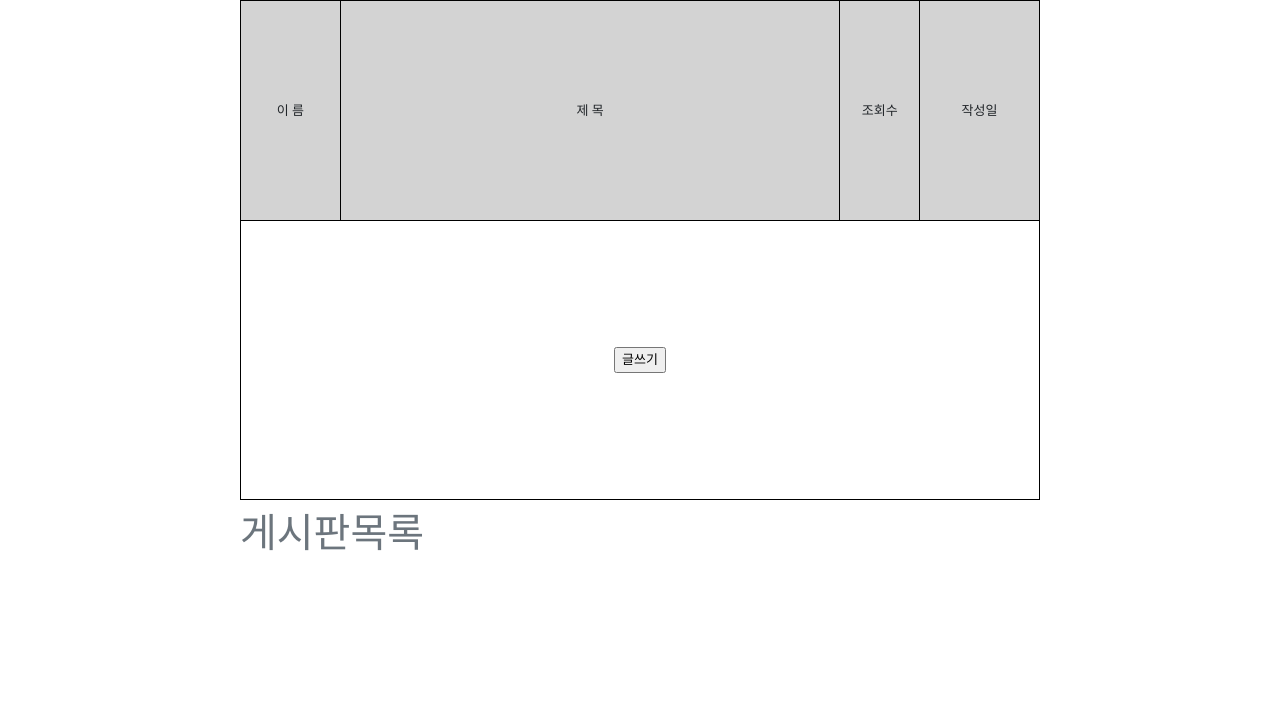
Repository: shbaksa/study
Page: http://localhost/mw_0617/test/list.jsp
These files come from the project's save history. The page is drawn as it stood at one moment and after the next save; the edit follows.
The browser window is 1280 px wide. The pictures show the whole page.
The page is served by Tomcat 9. Queries for data that is not in the repository find no rows.

Above is the page before, as saved 2022-06-17 06:23:52.

### mw_0617/src/main/webapp/test/list.jsp
<%@ page language="java" contentType="text/html; charset=UTF-8"
    pageEncoding="UTF-8"%>
<!DOCTYPE html>
<html>
<head>
<meta charset="UTF-8">
<meta name="viewport" content="width=device-width, initial-scale=1">
<title>Insert title here</title>
<link href="https://cdn.jsdelivr.net/npm/bootstrap@5.2.0-beta1/dist/css/bootstrap.min.css" rel="stylesheet" integrity="sha384-0evHe/X+R7YkIZDRvuzKMRqM+OrBnVFBL6DOitfPri4tjfHxaWutUpFmBp4vmVor" crossorigin="anonymous">
<%@ page import="java.sql.*" %>

	<%
		// DB연결
		Class.forName("com.mysql.jdbc.Driver");
  		String db="jdbc:mysql://localhost:3306/first";
  		Connection conn=DriverManager.getConnection(db,"root","1234");

		// 쿼리생성
		String sql = "select * from gesipan";
		PreparedStatement pstmt = conn.prepareStatement(sql);
		// 쿼리실행
		ResultSet rs = pstmt.executeQuery();


	%>
	<style>
	table {
		border : 1px solid black;
		font-size : 13px;
	}
	td {
		border-right : 1px solid black;
		border-top : 1px solid black;
	}
	td:last-child {
		border-right : none;
	}
	tr {
		border-top : 1px solid black;
		border-bottom : 1px solid black;
	}
	</style>
</head>
<body>

	<table width="800" height="500" align="center">
	<caption><h1>게시판목록</h1></caption>
	<tr align="center" style="background:lightgray;">
	<td style="border-top:none;" width="100">이 름</td>
	<td style="border-top:none;" width="500">제 목</td>
	<td style="border-top:none;" width="80">조회수</td>
	<td style="border-top:none;" width="120">작성일</td>
	</tr>
	<%while(rs.next()) { %>
	<tr>
	<td><%=rs.getString("name") %></td>
	<td onclick="location='readnum.jsp?id=<%=rs.getInt("id")%>'"><%=rs.getString("title") %></td>
	<td align="center"><%=rs.getString("readnum") %></td>
	<td align="center"><%=rs.getString("writeday") %></td>
	</tr>
	<% } %>
	<tr>
	<td colspan="4" align="center"><form method="post" action="write.jsp"> <input type="submit" value="글쓰기"> </form></td>
	</tr>

	</table>
<script src="https://cdn.jsdelivr.net/npm/bootstrap@5.2.0-beta1/dist/js/bootstrap.bundle.min.js" integrity="sha384-pprn3073KE6tl6bjs2QrFaJGz5/SUsLqktiwsUTF55Jfv3qYSDhgCecCxMW52nD2" crossorigin="anonymous"></script>
</body>
</html>


<%
pstmt.close();
conn.close();
%>

After the next save:
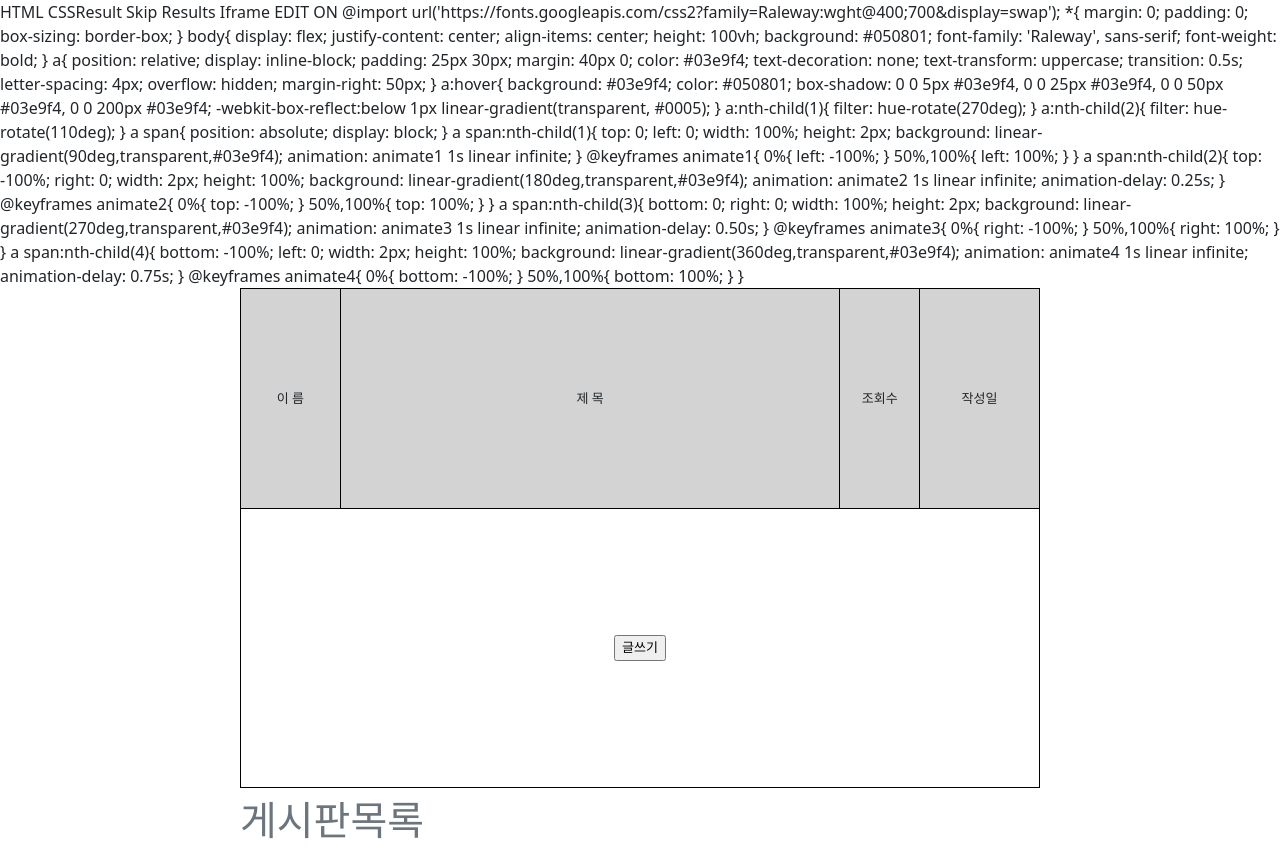
Saved 118 s later.
--- a/mw_0617/src/main/webapp/test/list.jsp
+++ b/mw_0617/src/main/webapp/test/list.jsp
@@ -6,6 +6,127 @@
 <meta charset="UTF-8">
 <meta name="viewport" content="width=device-width, initial-scale=1">
 <title>Insert title here</title>
+
+HTML CSSResult Skip Results Iframe
+EDIT ON
+@import url('https://fonts.googleapis.com/css2?family=Raleway:wght@400;700&display=swap');
+*{
+    margin: 0;
+    padding: 0;
+    box-sizing: border-box;
+}
+body{
+    display: flex;
+    justify-content: center;
+    align-items: center;
+    height: 100vh;
+    background: #050801;
+    font-family: 'Raleway', sans-serif;
+    font-weight: bold;
+}
+a{
+    position: relative;
+    display: inline-block;
+    padding: 25px 30px;
+    margin: 40px 0;
+    color: #03e9f4;
+    text-decoration: none;
+    text-transform: uppercase;
+    transition: 0.5s;
+    letter-spacing: 4px;
+    overflow: hidden;
+    margin-right: 50px;
+
+}
+a:hover{
+    background: #03e9f4;
+    color: #050801;
+    box-shadow: 0 0 5px #03e9f4,
+                0 0 25px #03e9f4,
+                0 0 50px #03e9f4,
+                0 0 200px #03e9f4;
+     -webkit-box-reflect:below 1px linear-gradient(transparent, #0005);
+}
+a:nth-child(1){
+    filter: hue-rotate(270deg);
+}
+a:nth-child(2){
+    filter: hue-rotate(110deg);
+}
+a span{
+    position: absolute;
+    display: block;
+}
+a span:nth-child(1){
+    top: 0;
+    left: 0;
+    width: 100%;
+    height: 2px;
+    background: linear-gradient(90deg,transparent,#03e9f4);
+    animation: animate1 1s linear infinite;
+}
+@keyframes animate1{
+    0%{
+        left: -100%;
+    }
+    50%,100%{
+        left: 100%;
+    }
+}
+a span:nth-child(2){
+    top: -100%;
+    right: 0;
+    width: 2px;
+    height: 100%;
+    background: linear-gradient(180deg,transparent,#03e9f4);
+    animation: animate2 1s linear infinite;
+    animation-delay: 0.25s;
+}
+@keyframes animate2{
+    0%{
+        top: -100%;
+    }
+    50%,100%{
+        top: 100%;
+    }
+}
+a span:nth-child(3){
+    bottom: 0;
+    right: 0;
+    width: 100%;
+    height: 2px;
+    background: linear-gradient(270deg,transparent,#03e9f4);
+    animation: animate3 1s linear infinite;
+    animation-delay: 0.50s;
+}
+@keyframes animate3{
+    0%{
+        right: -100%;
+    }
+    50%,100%{
+        right: 100%;
+    }
+}
+
+
+a span:nth-child(4){
+    bottom: -100%;
+    left: 0;
+    width: 2px;
+    height: 100%;
+    background: linear-gradient(360deg,transparent,#03e9f4);
+    animation: animate4 1s linear infinite;
+    animation-delay: 0.75s;
+}
+@keyframes animate4{
+    0%{
+        bottom: -100%;
+    }
+    50%,100%{
+        bottom: 100%;
+    }
+}
+
 <link href="https://cdn.jsdelivr.net/npm/bootstrap@5.2.0-beta1/dist/css/bootstrap.min.css" rel="stylesheet" integrity="sha384-0evHe/X+R7YkIZDRvuzKMRqM+OrBnVFBL6DOitfPri4tjfHxaWutUpFmBp4vmVor" crossorigin="anonymous">
 <%@ page import="java.sql.*" %>
 
